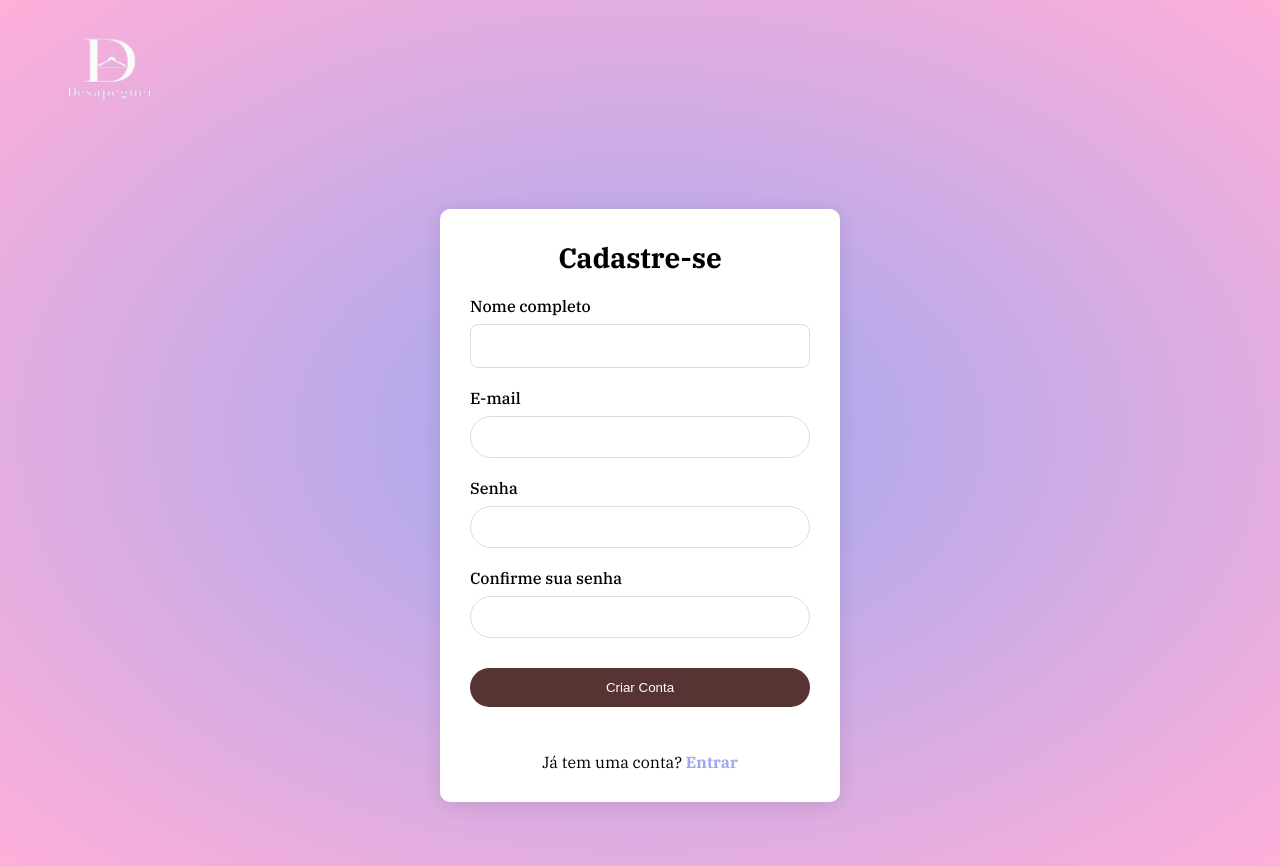
Repository: lanai-giani/Desapeguei
Page: http://localhost/desapeguei/cadastro.html
These files come from the project's save history. The page is drawn as it stood at one moment and after the next save; the edit follows.
The browser window is 1280 px wide. The pictures show the whole page.
The page is run by PHP 8.4 with error messages shown; the project is at /var/www/html/.

Above is the page before, as saved 2025-06-28 00:03:42.
Console error: TypeError: Cannot read properties of null (reading 'style')

After the next save:
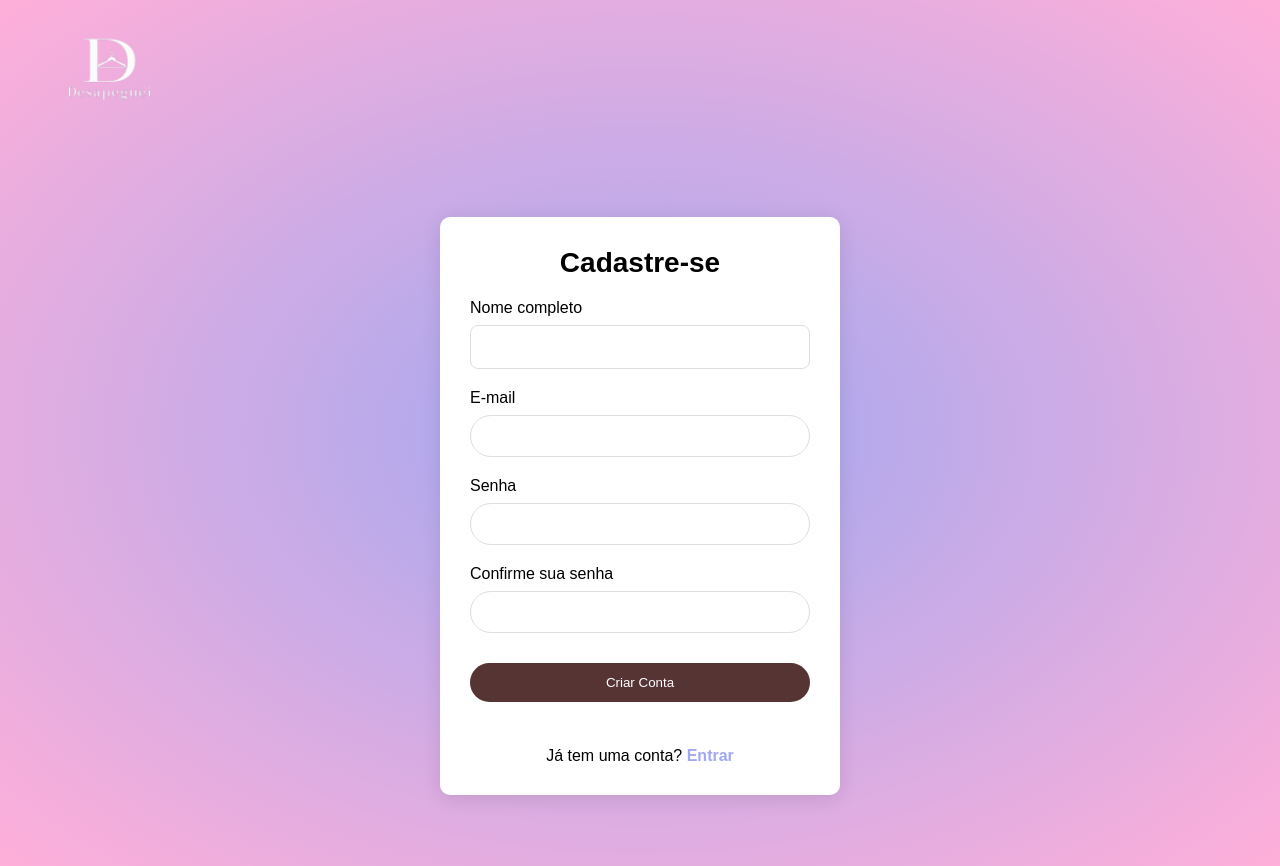
Saved 68 s later.
--- a/assets/css/style.css
+++ b/assets/css/style.css
@@ -1093,9 +1093,98 @@
     transform: translateY(-2px);
 }
 
+
+
+
 body.vender_style {
     background: radial-gradient(var(--cor-fonte), var(--cor-padrao));
     margin: 0;
     padding: 0;
     min-height: 100vh;
 }
+
+
+
+body {
+    margin: 0;
+    font-family: Arial, sans-serif;
+}
+
+.top-bar {
+    display: flex;
+    justify-content: space-between;
+    align-items: center;
+    padding: 10px 20px;
+    background: linear-gradient(to right, #d16ba5, #c777b9, #ba83ca, #aa8fd8, #9a9ae1);
+    color: white;
+}
+
+.top-bar .logo {
+    font-size: 24px;
+    cursor: pointer;
+}
+
+.top-bar input {
+    width: 300px;
+    padding: 5px;
+    border-radius: 10px;
+    border: none;
+}
+
+.top-bar nav a {
+    color: white;
+    margin: 0 10px;
+    text-decoration: none;
+}
+
+.cart-icon {
+    font-size: 20px;
+}
+
+.conta-container {
+    padding: 30px;
+}
+
+.perfil {
+    display: flex;
+    align-items: center;
+    gap: 20px;
+    margin-bottom: 30px;
+}
+
+.foto {
+    width: 80px;
+    height: 80px;
+    background-color: #ccc;
+    border-radius: 50%;
+}
+
+.edit-icon {
+    cursor: pointer;
+    margin-left: 10px;
+    color: #555;
+}
+
+.abas {
+    display: flex;
+    gap: 20px;
+    margin-bottom: 20px;
+}
+
+.abas button {
+    background-color: #eee;
+    border: none;
+    padding: 10px 20px;
+    cursor: pointer;
+    border-radius: 10px;
+}
+
+.abas button:hover {
+    background-color: #ddd;
+}
+
+.conteudo {
+    background-color: #f9f9f9;
+    padding: 20px;
+    border-radius: 10px;
+}
